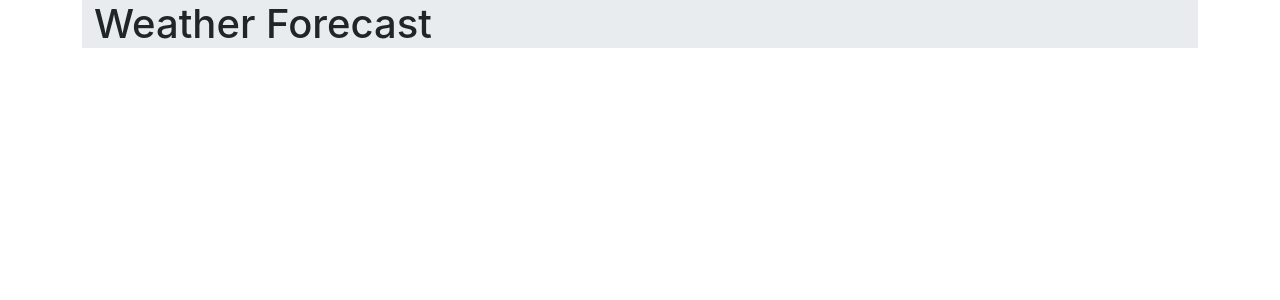
Repository: eidankhan/expenses-calculator
Page: /
The author's editor kept a copy of each file at every save. The page is drawn from the files as they stood at one save, then again after the next save.
The browser window is 1280 px wide. The pictures show the whole page.
The project was rebuilt for these pictures with package versions that can differ from the ones it lists, and the page was loaded fresh each time. Also part of the build but not shown: src/App.css.

Above is the page before, as saved 2021-11-26 11:24:18.

### public/index.html
<!DOCTYPE html>
<html lang="en">
  <head>
    <meta charset="utf-8" />
    <link rel="icon" href="%PUBLIC_URL%/favicon.ico" />
    <meta name="viewport" content="width=device-width, initial-scale=1" />
    <meta name="theme-color" content="#000000" />
    <meta
      name="description"
      content="Web site created using create-react-app"
    />
    <link rel="apple-touch-icon" href="%PUBLIC_URL%/logo192.png" />
    <link rel="manifest" href="%PUBLIC_URL%/manifest.json" />
    <!-- CSS only -->
    <link
      href="https://cdn.jsdelivr.net/npm/bootstrap@5.1.3/dist/css/bootstrap.min.css"
      rel="stylesheet"
      integrity="sha384-1BmE4kWBq78iYhFldvKuhfTAU6auU8tT94WrHftjDbrCEXSU1oBoqyl2QvZ6jIW3"
      crossorigin="anonymous"
    />
    <title>Weather Forecast App</title>
  </head>
  <body>
    <noscript>You need to enable JavaScript to run this app.</noscript>
    <div id="root"></div>
    <!-- JavaScript Bundle with Popper -->
    <script
      src="https://cdn.jsdelivr.net/npm/bootstrap@5.1.3/dist/js/bootstrap.bundle.min.js"
      integrity="sha384-ka7Sk0Gln4gmtz2MlQnikT1wXgYsOg+OMhuP+IlRH9sENBO0LRn5q+8nbTov4+1p"
      crossorigin="anonymous"
    ></script>
  </body>
</html>

### src/App.js

import './App.css';
import { Forecast } from './components/Forecast';

function App() {
  return (
    <div className="container">
      <Forecast/>
    </div>
  );
}

export default App;

### src/components/Forecast.js
import React from 'react'

export const Forecast = () => {
    return (
        <div className="container" style={{backgroundColor:"#E9ECEF"}}>
            <h1> Weather Forecast </h1>
        </div>
    )
}

Loaded but not shown: src/index.js (common file); src/index.css (common file)

After the next save:
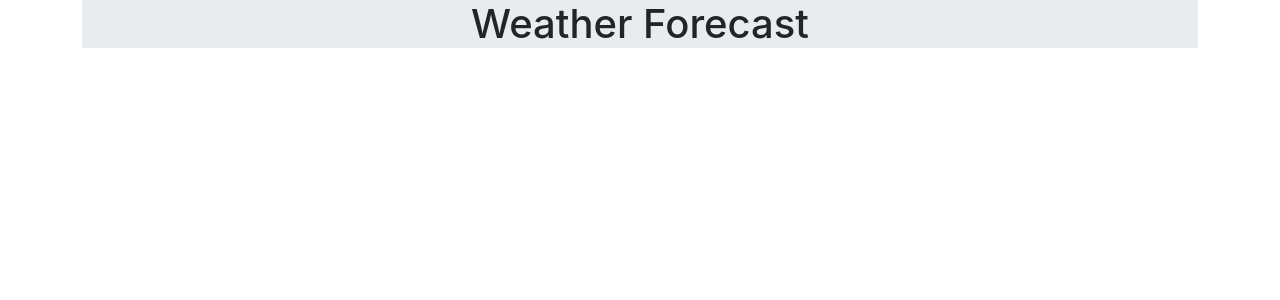
Saved 14 s later.
--- a/src/components/Forecast.js
+++ b/src/components/Forecast.js
@@ -2,7 +2,7 @@
 
 export const Forecast = () => {
     return (
-        <div className="container" style={{backgroundColor:"#E9ECEF"}}>
+        <div className="container text-center" style={{backgroundColor:"#E9ECEF"}}>
             <h1> Weather Forecast </h1>
         </div>
     )
